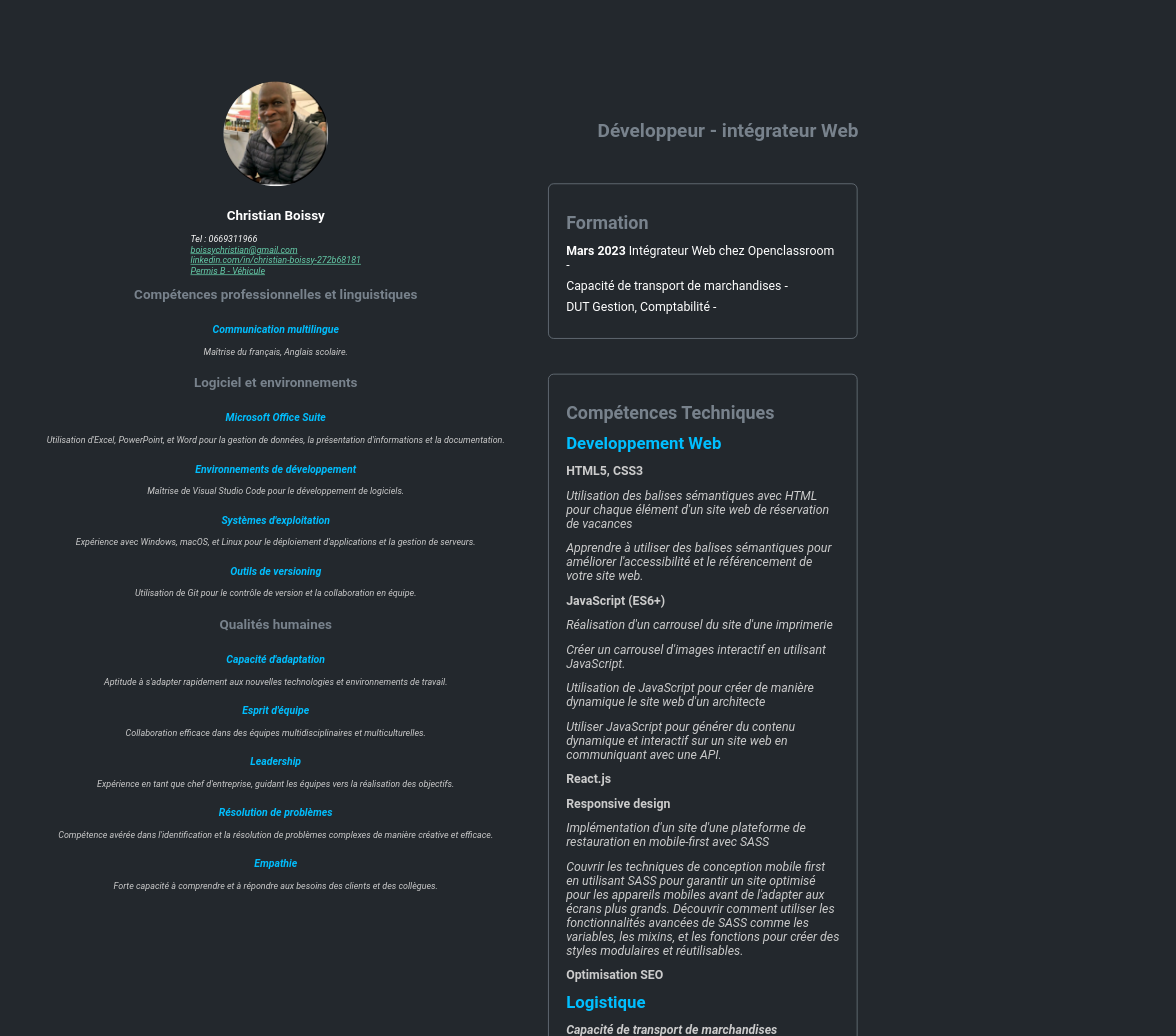
Repository: Christian121966/cv-logistique
Page: /
These files come from the project's save history. The page is drawn as it stood at one moment and after the next save; the edit follows.
The browser window is 1280 px wide. The page is 1680 px wide, so the pictures cover 1680 px, including what lies to the right of the window. The pictures show the part of the page from y = 0 to 1480 px (the page is 2682 px tall), at 70% of full size.
The project was rebuilt for these pictures with package versions that can differ from the ones it lists, and the page was loaded fresh each time.

Above is the page before, as saved 2024-07-29 00:21:30.

### public/index.html
<!DOCTYPE html>
<html lang="en">
  <head>
    <meta charset="utf-8" />
    <link rel="icon" href="%PUBLIC_URL%/favicon.ico" />
    <meta name="viewport" content="width=device-width, initial-scale=1" />
    <meta name="theme-color" content="#000000" />
    <meta name="description" content="Curriculum Vitae de Christian Boissy, développeur web front-end" />
    <meta name="keywords" content="Christian Boissy, CV, développeur front-end, React, Node.js, JavaScript" />
    <meta name="author" content="Christian Boissy" />

    <!-- Open Graph Meta Tags -->
    <meta property="og:title" content="CV de Christian Boissy" />
    <meta property="og:description" content="Curriculum Vitae de Christian Boissy, développeur web front-end" />
    <meta property="og:image" content="%PUBLIC_URL%/logo192.png" />
    <meta property="og:url" content="https://christian121966.github.io/cv-christian-boissy/" />
    <meta property="og:type" content="website" />

    <!-- Twitter Card Meta Tags -->
    <meta name="twitter:card" content="summary_large_image" />
    <meta name="twitter:title" content="CV de Christian Boissy" />
    <meta name="twitter:description" content="Curriculum Vitae de Christian Boissy, développeur web front-end" />
    <meta name="twitter:image" content="%PUBLIC_URL%/logo192.png" />

    <link rel="apple-touch-icon" href="%PUBLIC_URL%/logo192.png" />
    <link rel="manifest" href="%PUBLIC_URL%/manifest.json" />
    <title>CV-CHRISTIAN-BOISSY</title>

    <!-- Google Analytics -->
    <script async src="https://www.googletagmanager.com/gtag/js?id=G-K4EJ3NRTQS"></script>
    <script>
      window.dataLayer = window.dataLayer || [];
      function gtag(){dataLayer.push(arguments);}
      gtag('js', new Date());
      gtag('config', 'G-K4EJ3NRTQS');
    </script>
  </head>
  <body>
    <noscript>You need to enable JavaScript to run this app.</noscript>
    <div id="root"></div>
    <!--
      This HTML file is a template.
      If you open it directly in the browser, you will see an empty page.

      You can add webfonts, meta tags, or analytics to this file.
      The build step will place the bundled scripts into the <body> tag.

      To begin the development, run `npm start` or `yarn start`.
      To create a production bundle, use `npm run build` or `yarn build`.
    -->
  </body>
</html>

### src/index.js
import React from 'react';
import ReactDOM from 'react-dom/client';
import './index.css';
import App from './App';
import ReactGA from 'react-ga4';

ReactGA.initialize('G-K4EJ3NRTQS', {
  cookieFlags: 'SameSite=None; Secure'
});

ReactGA.send('pageview');

const root = ReactDOM.createRoot(document.getElementById('root'));
root.render(
  <React.StrictMode>
    <App />
  </React.StrictMode>
);

### src/App.js
import React from 'react';
import './App.css';
import Footer from './components/Footer';
import Section from './components/Section';
import Sidebar from './components/Sidebar';
import Formation from './components/Formation';
import CompetencesTechniques from './components/CompetencesTechniques';
import ExperiencesProfessionnelles from './components/ExperiencesProfessionnelles';

function App() {
  return (
    <div className="App">
      <header className="cv-title">
        <h1>Développeur - intégrateur Web</h1>
      </header>
      <div className="container">
        <Sidebar />
        <main>
          <div className="card">
            <Section title="Formation">
              <Formation />
            </Section>
          </div>
          <div className="card">
            <Section title="Compétences Techniques">
              <CompetencesTechniques />
            </Section>
          </div>
          <div className="card">
            <Section title="Expériences Professionnelles">
              <ExperiencesProfessionnelles />
            </Section>
          </div>
        </main>
      </div>
      <Footer />
    </div>
  );
}

export default App;

### src/App.css
@charset "UTF-8";
/* Variables de couleurs */
/* Mixins */
*,
*::before,
*::after {
  box-sizing: border-box;
  margin: 0;
  padding: 0;
}

body {
  background-color: rgb(35, 40, 45);
  color: rgb(255, 255, 255);
  font-family: "Roboto", sans-serif;
  padding: 0;
  margin: 0;
  overflow-x: hidden;
  overflow-y: auto;
}
body header.cv-title {
  display: flex;
  justify-content: center;
  position: relative;
  top: 185px;
  left: 0;
  margin-bottom: 2px;
}
body header.cv-title h1 {
  color: rgb(120, 130, 140);
  font-size: 1em;
}
body .container {
  display: flex;
  flex-direction: column;
  padding: 10px;
}
body .container .container {
  display: flex;
  flex-direction: column;
  padding: 10px;
}
body .container .sidebar {
  width: 100%;
  font-size: 0.8em;
  display: flex;
  flex-direction: column;
  justify-content: center;
  align-items: center;
  padding: 2px;
}
body .container .sidebar h2 {
  font-size: 1.5em;
  text-align: center;
  margin: 15px 0 15px 0;
  color: rgb(120, 130, 140);
}
body .container .sidebar .profile-photo {
  width: 150px;
  height: 150px;
  border-radius: 50%;
  margin-bottom: 30px;
  cursor: pointer;
  transition: width 0.3s ease, height 0.3s ease;
}
body .container .sidebar .profile-photo:hover {
  width: 360px;
  height: 360px;
  border-radius: 50%;
  margin-bottom: 30px;
}
body .container .sidebar address {
  margin-top: 15px;
}
body .container .sidebar address a {
  color: mediumaquamarine;
}
body .container .sidebar ul {
  list-style-type: none;
  text-align: center;
}
body .container .sidebar ul h3 {
  margin: 15px 0 15px 0;
  color: deepskyblue;
}
body .container .sidebar ul li {
  display: flex;
  flex-direction: column;
  margin-bottom: 10px;
  overflow-y: auto;
}
body .container .sidebar ul li li > span {
  display: block; /* Assurez-vous que span est affiché comme bloc */
  text-align: center; /* Exemple de centrage de span */
  color: #777; /* Exemple de couleur de texte */
}
body main {
  margin: 0;
}
body section h2 {
  font-size: 1.2em;
  margin: 15px 0 15px 0;
}
body .card {
  margin: 5px;
  padding: 10px;
  background: rgb(35, 40, 45);
  border: 1px solid rgb(120, 130, 140);
  border-radius: 8px;
}
body .card div, body .card ul {
  font-size: 0.9em;
  list-style-type: none;
  margin-bottom: 10px;
}
body .card h2 {
  color: rgb(120, 130, 140);
}
body .card h3 {
  font-size: 1.1em;
  margin: 15px 0 15px 0;
  color: deepskyblue;
}
body li {
  margin-bottom: 15px;
  font-style: italic;
  color: #ccc;
}
body .li_title {
  font-weight: bold;
  font-style: normal;
}
body p {
  font-size: 1em;
}
body footer p {
  font-size: 0.6em;
  display: flex;
  justify-content: center;
  text-align: center;
}

/* Pour les écrans de 320px à 425px */
@media screen and (max-width: 425px) {
  body header.cv-title {
    position: relative;
    top: 190px;
    left: 0;
    margin-bottom: 2px;
    text-align: center;
  }
  body header.cv-title h1 {
    color: rgb(120, 130, 140);
    font-size: 1.2em;
  }
  body .container {
    display: flex;
    flex-direction: column;
    padding: 10px;
  }
  body .sidebar {
    width: 100%;
    font-size: 0.8em;
    display: flex;
    flex-direction: column;
    justify-content: center;
    align-items: center;
    padding: 2px;
  }
  body .sidebar h2 {
    font-size: 1.1em;
    text-align: center;
    margin: 15px 0;
    color: rgb(120, 130, 140);
  }
  body .sidebar .profile-photo {
    width: 150px;
    height: 150px;
    border-radius: 50%;
    margin-bottom: 30px;
  }
  body .sidebar address {
    margin-top: 0;
  }
  body .sidebar address a {
    color: mediumaquamarine;
  }
  body .sidebar ul {
    list-style-type: none;
  }
  body .sidebar ul h3 {
    margin: 15px 0;
    color: deepskyblue;
    text-align: center;
  }
  body .sidebar ul li {
    margin-bottom: 10px;
    text-align: center;
  }
  body .sidebar ul li span {
    display: block;
    color: #ccc;
  }
  body main {
    margin: 0;
    padding: 15px;
  }
  body section h2 {
    font-size: 1.3em;
    margin: 15px 0;
  }
  body .card {
    margin: 10px;
    padding: 12px;
    background: rgb(35, 40, 45);
    border: 1px solid rgb(120, 130, 140);
    border-radius: 8px;
  }
  body .card div, body .card ul {
    font-size: 0.9em;
    list-style-type: none;
  }
  body .card h3 {
    font-size: 1.2em;
    margin: 15px 0;
    color: deepskyblue;
  }
  body p {
    font-size: 1em;
  }
  body footer p {
    font-size: 0.8em;
    display: flex;
    justify-content: center;
    text-align: center;
    margin: 10px;
  }
}
/* Pour les écrans de 768px et plus */
@media screen and (min-width: 768px) {
  body header.cv-title {
    top: 140px;
    left: 260px;
    margin-bottom: 20px;
  }
  body header.cv-title h1 {
    font-size: 1.5em;
  }
  body .container {
    display: flex;
    flex-direction: row;
    padding: 25px;
  }
  body .sidebar {
    width: 35%;
    font-size: 1.1em;
    padding: 15px;
    display: flex;
    flex-direction: column;
    justify-content: flex-start;
    align-items: center;
    height: 170vh;
  }
  body .sidebar .profile-photo {
    width: 180px;
    height: 180px;
  }
  body .sidebar h2 {
    font-size: 1.3em;
  }
  body main {
    width: 65%;
    padding: 0 25px;
    display: flex;
    flex-direction: column;
    margin-top: 150px;
  }
  body section h2 {
    font-size: 1.5em;
  }
  body .card {
    margin: 20px 0;
    padding: 20px;
    background: rgb(35, 40, 45);
    border: 1px solid rgb(120, 130, 140);
    border-radius: 8px;
  }
  body .card div, body .card ul {
    font-size: 0.9em;
  }
  body .card h3 {
    font-size: 1.4em;
  }
  body p {
    font-size: 0.9em;
  }
  footer {
    display: flex;
    justify-content: center;
    align-items: center;
    margin-top: 20px;
  }
  footer p {
    font-size: 0.8em;
  }
}
/* Pour les écrans de 1024px et plus */
@media screen and (min-width: 1024px) {
  body header.cv-title {
    top: 170px;
    left: 400px;
    margin-bottom: 25px;
    overflow-y: hidden;
    overflow-x: hidden;
  }
  body header.cv-title h1 {
    font-size: 1.7em;
  }
  body .container {
    padding: 30px;
  }
  body .sidebar {
    width: 35%;
    font-size: 1.2em;
    padding: 20px;
  }
  body .sidebar .profile-photo {
    width: 190px;
    height: 190px;
  }
  body .sidebar h2 {
    font-size: 1.4em;
  }
  body section h2 {
    font-size: 1.6em;
  }
  body .card {
    margin: 25px 0;
    padding: 25px;
  }
  body .card div, body .card ul {
    font-size: 1.1em;
  }
  body .card h3 {
    font-size: 1.5em;
  }
  body p {
    font-size: 1em;
  }
}/*# sourceMappingURL=App_20240729002123.css.map */

### src/components/Footer.js
import React from 'react';

const Footer = () => {
  return (
    <footer>
      <p>© 2024 Christian Boissy. Tous droits réservés.</p>
    </footer>
  );
};

export default Footer;

### src/components/Section.js
import React from 'react';

const Section = ({ title, children }) => {
  return (
    <section>
      <h2>{title}</h2>
      {children}
    </section>
  );
};

export default Section;

### src/components/Sidebar.js
import React from 'react';
import ReactGA from 'react-ga4';

function handleEmailClick() {
  ReactGA.event({
    category: 'User',
    action: 'Clicked on Email Link',
    label: 'Email'
  });
}

function handleLinkedInClick() {
  ReactGA.event({
    category: 'User',
    action: 'Clicked on LinkedIn Link',
    label: 'LinkedIn'
  });
}

const Sidebar = () => {
  return (
    <aside className="sidebar">
      <img src={`${process.env.PUBLIC_URL}/images/Chris.png`} alt="Chris" className="profile-photo" />
      <h1>Christian Boissy</h1>
      <address>
        Tel : 0669311966<br />
        <a href="mailto:boissychristian@gmail.com" onClick={handleEmailClick}>boissychristian@gmail.com</a><br />
        <a href="https://linkedin.com/in/christian-boissy-272b68181" target="_blank" rel="noopener noreferrer" onClick={handleLinkedInClick}>
          linkedin.com/in/christian-boissy-272b68181
          <p>Permis B - Véhicule</p>
        </a>
      </address>
      <h2>Compétences professionnelles et linguistiques</h2>
      <ul>
        <li>
          <h3>Communication multilingue</h3>
          <span>Maîtrise du français, Anglais scolaire.</span>
        </li>
      </ul>
      <h2>Logiciel et environnements</h2>
      <ul>
        <li>
          <h3>Microsoft Office Suite</h3>
          <span>Utilisation d'Excel, PowerPoint, et Word pour la gestion de données, la présentation d'informations et la documentation.</span>
        </li>
        <li>
          <h3>Environnements de développement</h3>
          <span>Maîtrise de Visual Studio Code pour le développement de logiciels.</span>
        </li>
        <li>
          <h3>Systèmes d'exploitation</h3>
          <span>Expérience avec Windows, macOS, et Linux pour le déploiement d'applications et la gestion de serveurs.</span>
        </li>
        <li>
          <h3>Outils de versioning</h3>
          <span>Utilisation de Git pour le contrôle de version et la collaboration en équipe.</span>
        </li>
      </ul>
      <h2>Qualités humaines</h2>
      <ul>
        <li>
          <h3>Capacité d'adaptation</h3>
          <span>Aptitude à s'adapter rapidement aux nouvelles technologies et environnements de travail.</span>
        </li>
        <li>
          <h3>Esprit d'équipe</h3>
          <span>Collaboration efficace dans des équipes multidisciplinaires et multiculturelles.</span>
        </li>
        <li>
          <h3>Leadership</h3>
          <span>Expérience en tant que chef d'entreprise, guidant les équipes vers la réalisation des objectifs.</span>
        </li>
        <li>
          <h3>Résolution de problèmes</h3>
          <span>Compétence avérée dans l'identification et la résolution de problèmes complexes de manière créative et efficace.</span>
        </li>
        <li>
          <h3>Empathie</h3>
          <span>Forte capacité à comprendre et à répondre aux besoins des clients et des collègues.</span>
        </li>
      </ul>
    </aside>
  );
};

export default Sidebar;

### src/components/Formation.js
import React from 'react';
import cvData from '../data/cvData';

function Formation() {
  return (
    <>
      {cvData.formation.map((item, index) => (
        <div key={index}>
          <strong>{item.date}</strong> {item.title} - {item.details}
        </div>
      ))}
    </>
  );
}

export default Formation;

### src/components/CompetencesTechniques.js
import React from 'react';
import cvData from '../data/cvData';

function CompetencesTechniques() {
  // Liste des éléments à mettre en gras
  const boldItems = [
    "Developpement Web",
    "Logistique",
    "Capacité de transport de marchandises",
    "CACES 1, 2, 3 & 5",
    "Communication"
  ];

  // Fonction pour vérifier si l'élément doit être en gras
  const isBold = (item) => {
    return boldItems.some(boldItem => item.includes(boldItem));
  };

  return (
    <>
      <h3>Developpement Web</h3>
      <ul>
        {cvData.competences.developpementWeb.map((item, index) => (
          <li key={index} className={item.title ? 'li_title' : ''}>
            {item.text}
          </li>
        ))}
      </ul>
      <h3>Logistique</h3>
      <ul>
        {cvData.competences.logistique.map((item, index) => (
          <li key={index}>
            {isBold(item) ? <strong>{item}</strong> : item}
          </li>
        ))}
      </ul>
      {/* <h3>Communication</h3>
      <ul>
        {cvData.competences.communication.map((item, index) => (
          <li key={index}>
            {isBold(item) ? <strong>{item}</strong> : item}
          </li>
        ))}
      </ul> */}
    </>
  );
}

export default CompetencesTechniques;

### src/components/ExperiencesProfessionnelles.js
import React from 'react';
import cvData from '../data/cvData';

function ExperiencesProfessionnelles() {
  // Vérifiez que cvData.experiences est défini et qu'il s'agit d'un tableau
  if (!cvData.experiences || !Array.isArray(cvData.experiences)) {
    return <div>Aucune expérience professionnelle disponible.</div>;
  }

  return (
    <div>
      {cvData.experiences.map((exp, index) => (
        <div key={index}>
          <h3>{exp.title}</h3>
          <p>{exp.date}</p>
          {exp.details && exp.details.map((detail, idx) => (
            typeof detail === 'string' ?
              <p key={idx}>{detail}</p> :
              <div key={idx}>
                <strong>{detail.highlight}</strong>
                {detail.list ? <ul>{detail.list.map((item, itemIdx) => <li key={itemIdx}>{item}</li>)}</ul> : <p>{detail.description}</p>}
              </div>
          ))}
          {/* Si exp.details n'est pas défini, affichez un message ou laissez vide */}
          {!exp.details && <p></p>}
        </div>
      ))}
    </div>
  );
}

export default ExperiencesProfessionnelles;

### src/data/cvData.js
const cvData = {
  formation: [
    {
      date: "Mars 2023",
      title: "Intégrateur Web chez Openclassroom",
      // details: "HTML/CSS - JavaScript - React - Redux - MongoDB - Git - GitHub - Responsive design"
    },
    {
      title: "Capacité de transport de marchandises",
    },
    {
      title: "DUT Gestion, Comptabilité"
    }
  ],
  competences: {
    developpementWeb: [
      { title: true, text: "HTML5, CSS3" },
      { title: false, text: "Utilisation des balises sémantiques avec HTML pour chaque élément d'un site web de réservation de vacances" },
      { title: false, text: "Apprendre à utiliser des balises sémantiques pour améliorer l'accessibilité et le référencement de votre site web." },
      { title: true, text: "JavaScript (ES6+)" },
      { title: false, text: "Réalisation d'un carrousel du site d'une imprimerie" },
      { title: false, text: "Créer un carrousel d'images interactif en utilisant JavaScript." },
      { title: false, text: "Utilisation de JavaScript pour créer de manière dynamique le site web d'un architecte" },
      { title: false, text: "Utiliser JavaScript pour générer du contenu dynamique et interactif sur un site web en communiquant avec une API." },
      { title: true, text: "React.js" },
      { title: true, text: "Responsive design" },
      { title: false, text: "Implémentation d'un site d'une plateforme de restauration en mobile-first avec SASS" },
      { title: false, text: "Couvrir les techniques de conception mobile first en utilisant SASS pour garantir un site optimisé pour les appareils mobiles avant de l'adapter aux écrans plus grands. Découvrir comment utiliser les fonctionnalités avancées de SASS comme les variables, les mixins, et les fonctions pour créer des styles modulaires et réutilisables." },
      { title: true, text: "Optimisation SEO" }
    ],
    logistique: [
      "Capacité de transport de marchandises",
      "Gestion d'une société de transport de marchandises",
      "Gestion de personnel",
      "Gestion des stocks",
      "Communication",
      "Gestion des contacts",
      "Gestion du personnel"
    ]
  },
  experiences: [
    {
      date: "Déc. 2021 - Juin 2022",
      title: "First Stop Sartrouville - Herblay",
      details: [
        { highlight: "Livraison de pneus en Ile de France, gestion des commandes et des stocks" },
      ]
    },
    {
      date: "2007 - 2021",
      title: "Gérant de société de transport - Paris",
      details: [
        { highlight: "Livraison de colis en partenariat avec Colisweb"},
        { highlight: "Livraison avec SVP"},
        { highlight: "Livraison avec CG Courses"}
      ]
    },
    {
      date: "1999 - 2007",
      title: "Cariste gestionnaire de stocks - Rougier Panneaux - Gennevilliers",
      details: [
        { highlight: "Chargement et déchargemement de colis de panneaux de bois"},
        { highlight: "Gestion du stock"},
        { highlight: "Préparation des commandes"}
      ]
    }
  ]
};

export default cvData;

Loaded but not shown: src/index.css (common file)

After the next save:
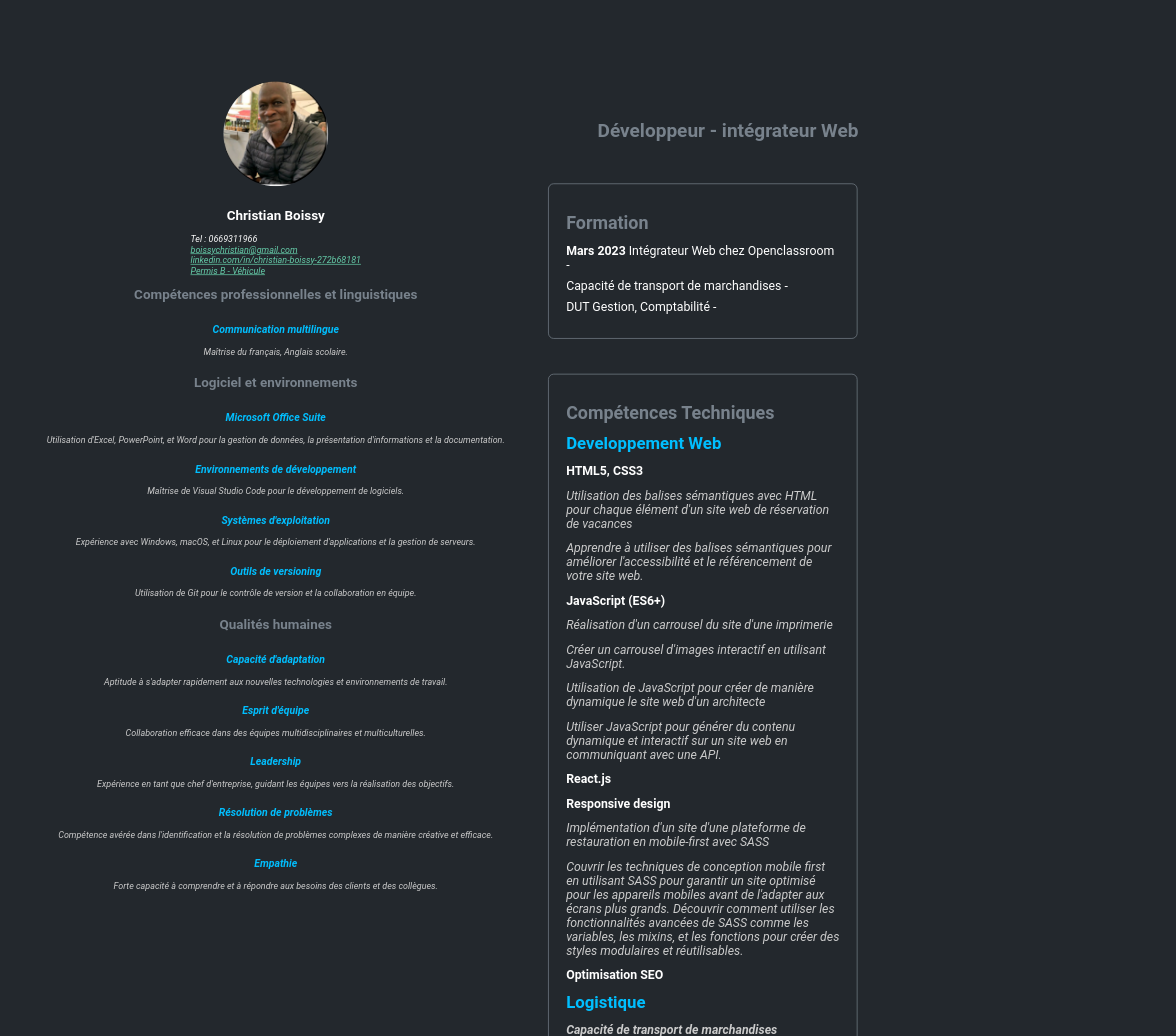
Saved 2 s later.
--- a/src/App.css
+++ b/src/App.css
@@ -129,6 +129,7 @@ body li {
 body .li_title {
   font-weight: bold;
   font-style: normal;
+  color: #fff;
 }
 body p {
   font-size: 1em;
@@ -347,4 +348,4 @@ body footer p {
   body p {
     font-size: 1em;
   }
-}/*# sourceMappingURL=App_20240729002123.css.map */
+}/*# sourceMappingURL=App_20240729002132.css.map */
